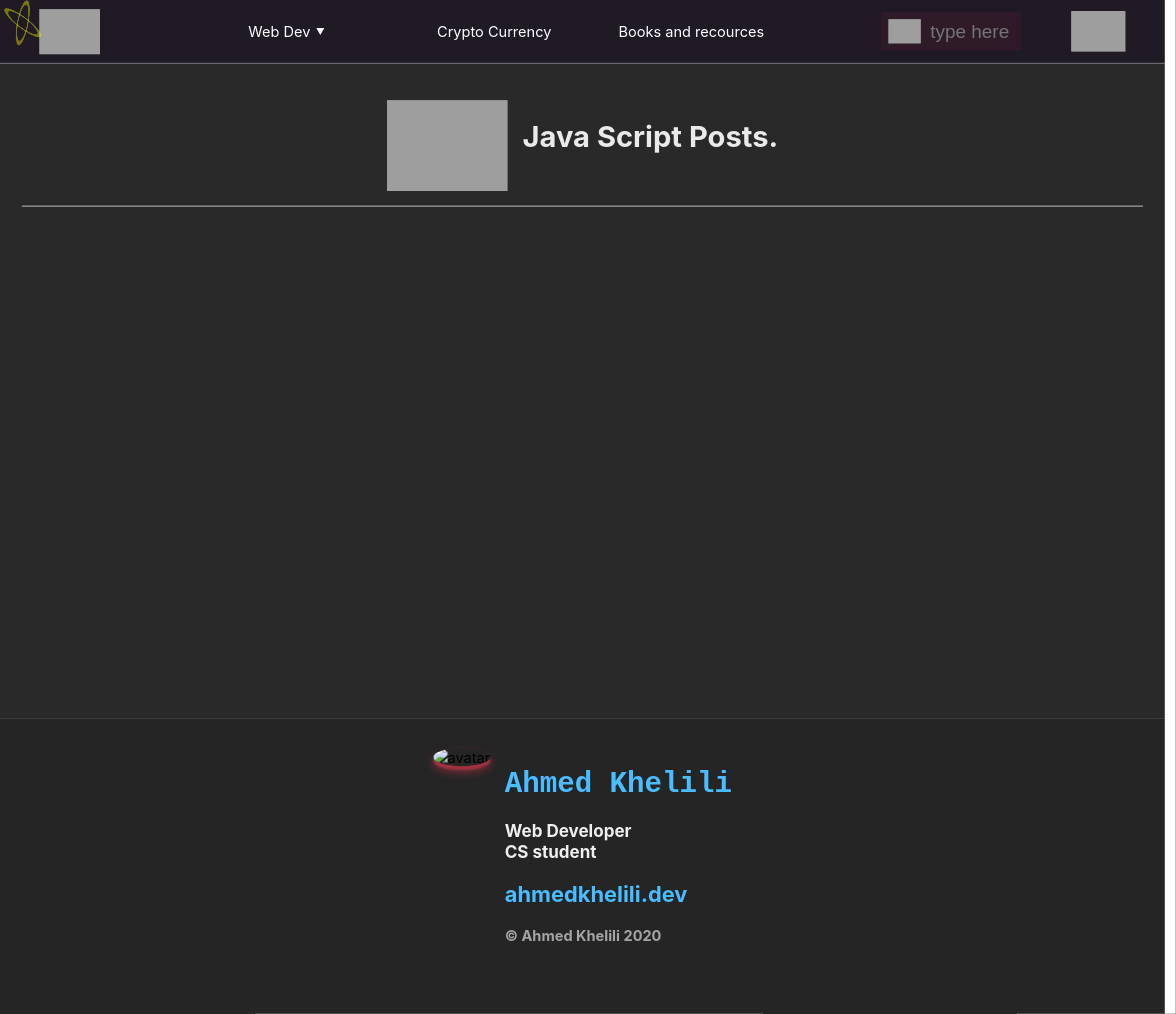
Repository: Midoukh/my-blog
Page: /WebDev/JavaScript
These files come from the project's save history. The page is drawn as it stood at one moment and after the next save; the edit follows.
The browser window is 1280 px wide. The page is 1292 px wide, so the pictures cover 1292 px, including what lies to the right of the window. The pictures show the whole page, at 91% of full size.
Pictures or frames that could not be fetched are drawn as grey boxes. The page's requests for data from a server got no answer. Some web fonts or font styles are not loaded; a fallback is used. The project was rebuilt for these pictures with package versions that can differ from the ones it lists, and the page was loaded fresh each time. The framework's server and built-in components were replaced by stand-ins that run in the browser. No one was signed in, and anything a server would have sent is missing. Also part of the build but not shown: next.config.js, Components/Backdrop/Backdrop.jsx, Components/Form/Form.module.css, UI/Button/Button.module.css, UI/Button/Button.jsx, Components/Form/Form.jsx, Components/Nav/DropDown/DropDown.module.css, Components/Nav/DropDown/DropDown.jsx and 1 more.

Above is the page before, as saved 2021-12-26 17:32:24.

After the next save:
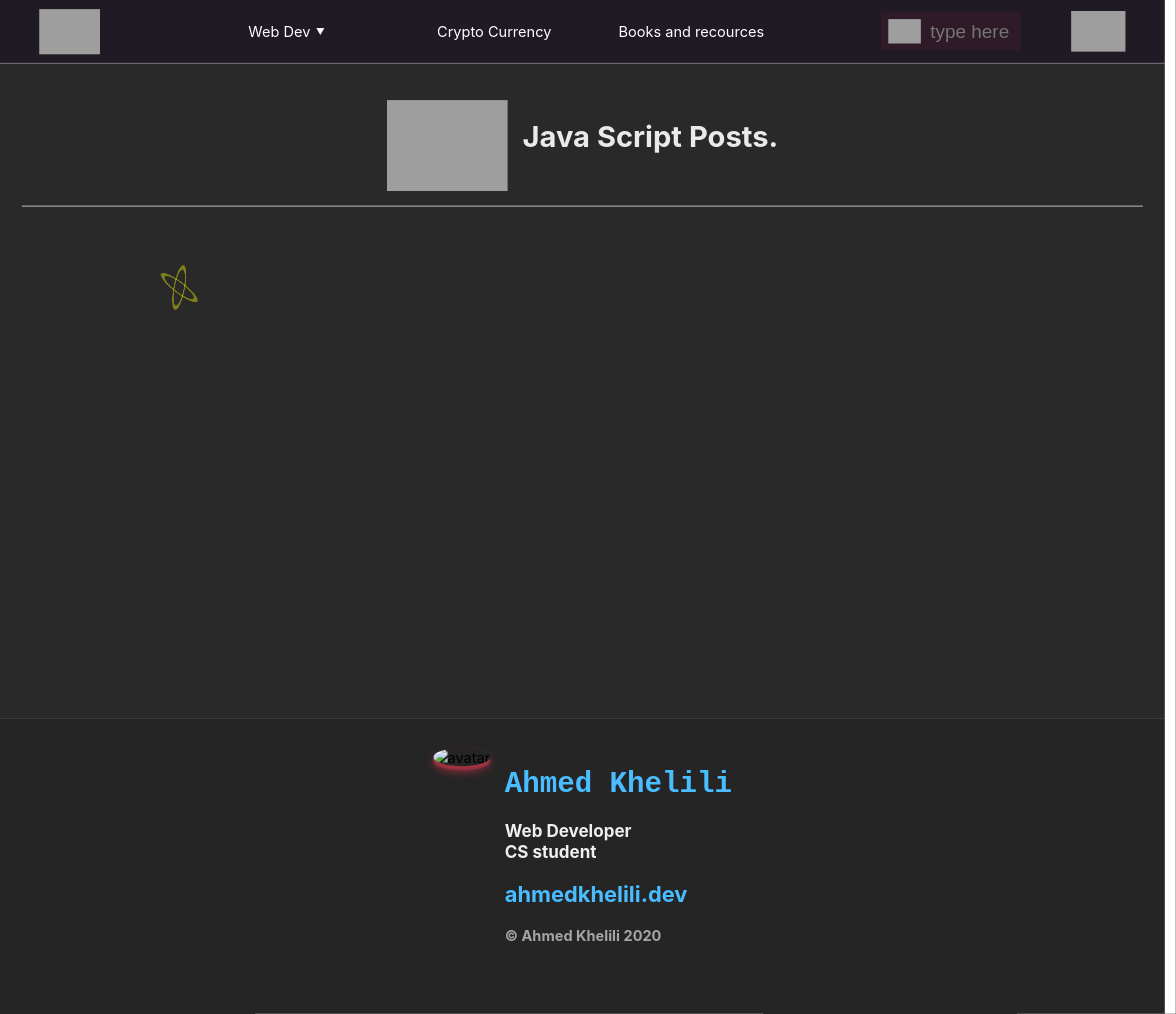
Saved 16 s later.
--- a/pages/WebDev/JavaScript/index.jsx
+++ b/pages/WebDev/JavaScript/index.jsx
@@ -7,6 +7,7 @@
 import styles from "../GlobalStyle/WebDevPosts.module.css";
 import Blog from "../../../Components/Blogs/Blog/Blog";
 import { origin } from "../../../utils/constants";
+import Spinner from "../../../Components/Spinner";
 
 const jsLogo = require("../../../public/Assets/JavaScript-logo.png");
 class JavaScriptPosts extends React.Component {
@@ -43,13 +44,7 @@
         </header>
         <div className={styles.Grid}>
           {this.state.data.length === 0 ? (
-            <RingLoader
-              size={50}
-              color="yellow"
-              style={{
-                margin: "auto",
-              }}
-            />
+            <Spinner />
           ) : (
             this.state.data.map((blg) => (
               <Blog
